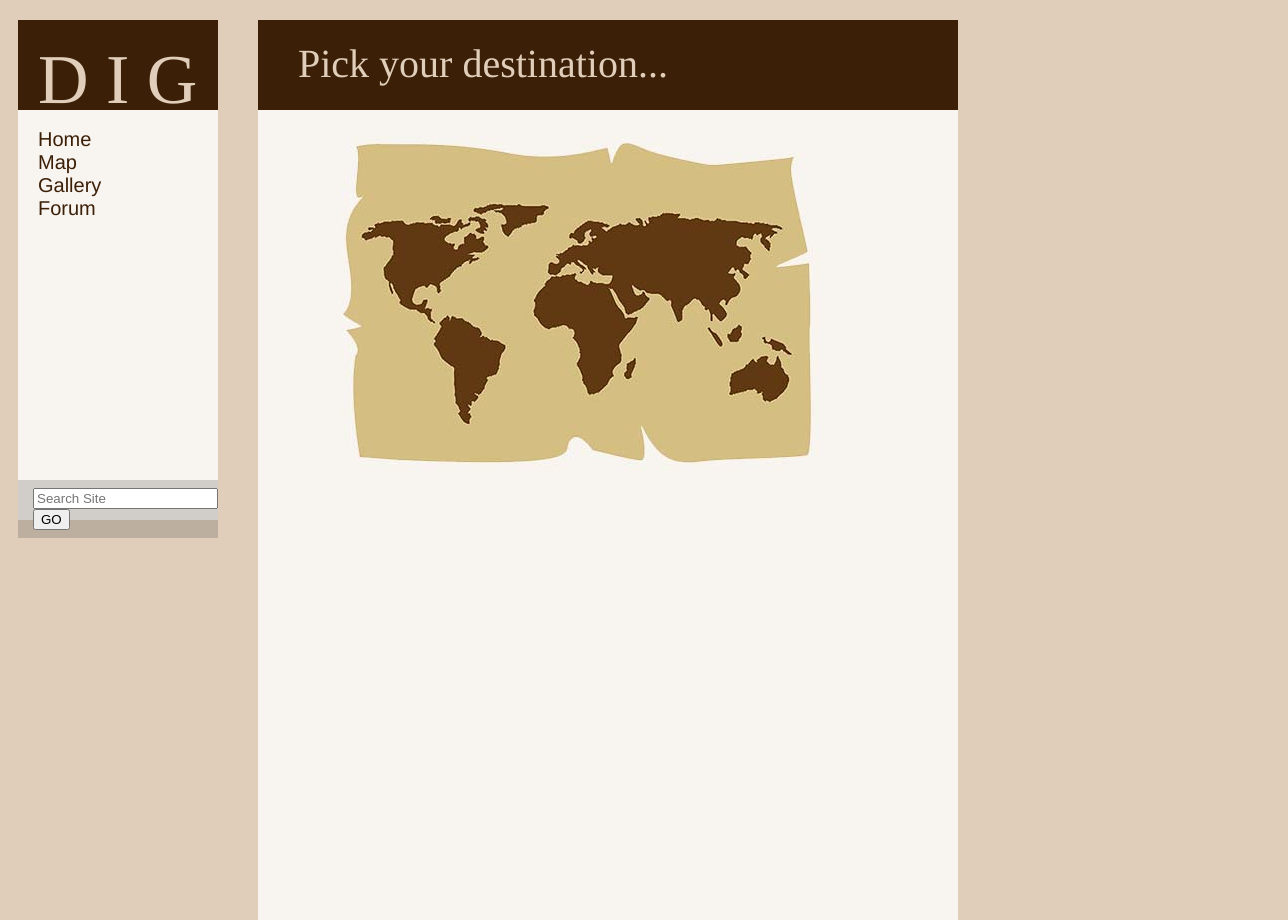
Repository: cbickhar/cbickhar.github.io
Page: catalog/map_plans.html
The author's editor kept a record of every edit. The page is drawn from the files as they stood at one moment, then again after the next edit.
The browser window is 1280 px wide. The page is 1288 px wide, so the pictures cover 1288 px, including what lies to the right of the window. The pictures show the whole page.

Above is the page before.

After the next edit:
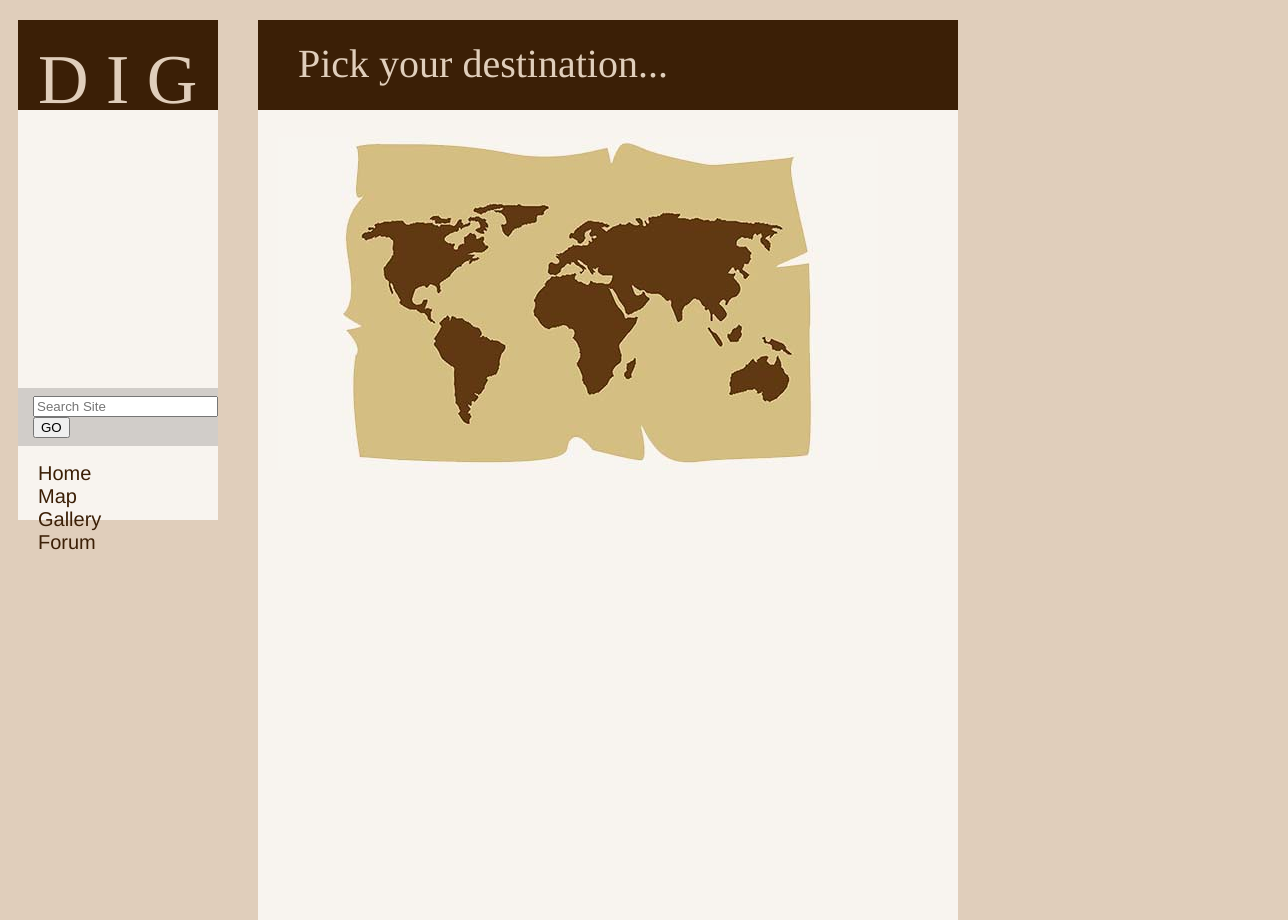
The edit:
--- a/catalog/map_plans.html
+++ b/catalog/map_plans.html
@@ -1,12 +1,20 @@
 <html>
-    <head>
-        <title>Archaeologist Digs</title>
-    <link rel="stylesheet" href="styles.css">
-    </head>
+        <head>
+            <title>Archaeologist Digs</title>
+            <link rel="stylesheet" href="styles.css">
+        </head>
     <body>
         <div class="sidebar">
+
            <div class="header"> D I G</div>
         <br>
+            <form>
+                <div class="search">
+                    <input type="text" placeholder="Search Site" required>
+                    <input type="button" value="GO">
+                </div>
+            </form>
+
             <a href="index.html">Home</a>
         <br>
             <a href="map.html">Map</a>
@@ -16,13 +24,6 @@
             <a href="forum.html">Forum</a>
 
             <br>
-    <form>
-        <div class="search">
-            <input type="text" placeholder="Search Site" required>
-            <input type="button" value="GO">
-        </div>
-    </form>
-
     </div>
 
             <div class ="formcontentcontainer">
